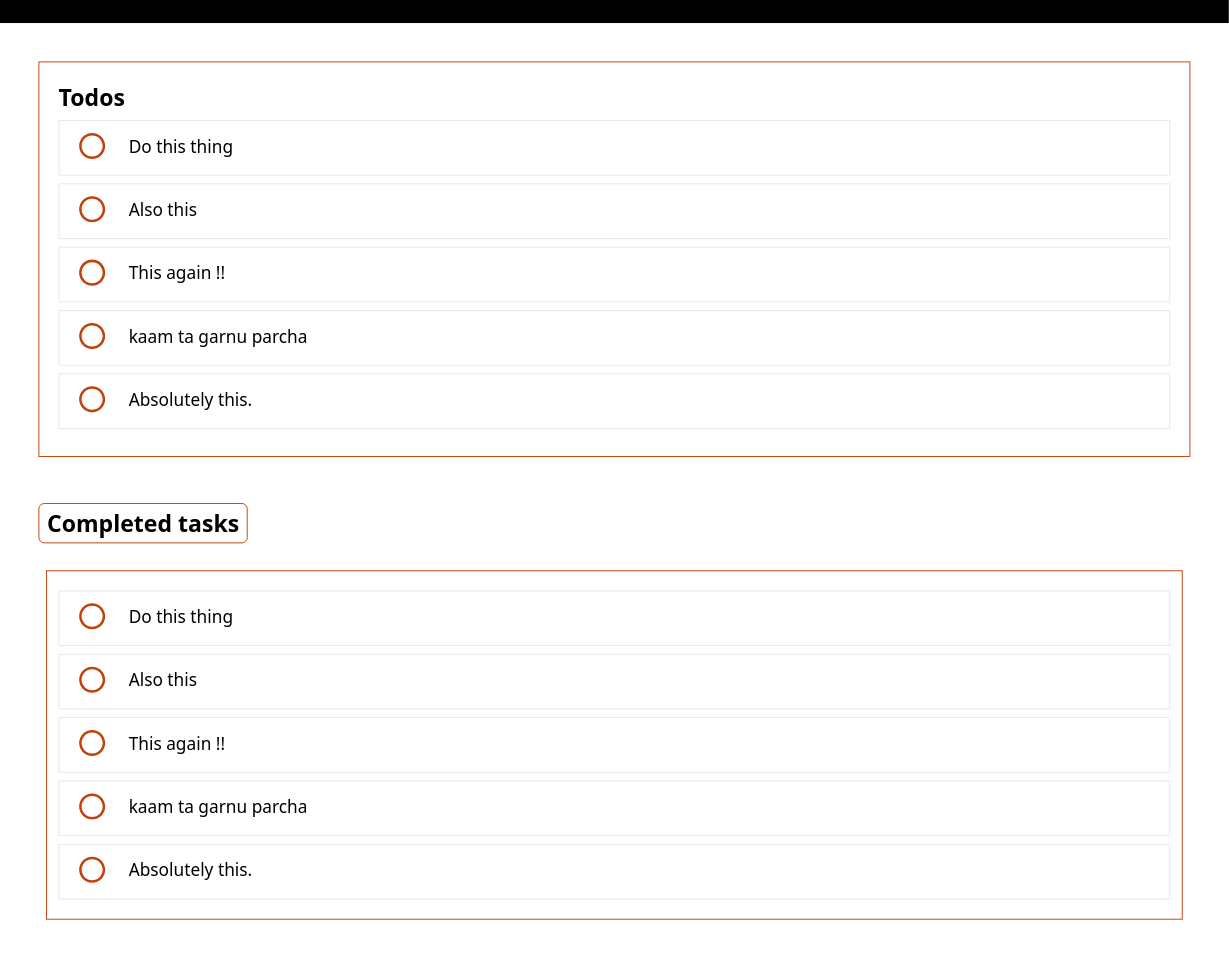
Repository: thekingisherenow/personalTodo
Page: /
The author's editor kept a copy of each file at every save. The page is drawn from the files as they stood at one save, then again after the next save.
The browser window is 1280 px wide. The pictures show the whole page, at 96% of full size.
The project was rebuilt for these pictures with package versions that can differ from the ones it lists, and the page was loaded fresh each time. The framework's server and built-in components were replaced by stand-ins that run in the browser. Also part of the build but not shown: next.config.js, styles/Home.module.css.

Above is the page before, as saved 2022-12-15 19:40:04.

After the next save:
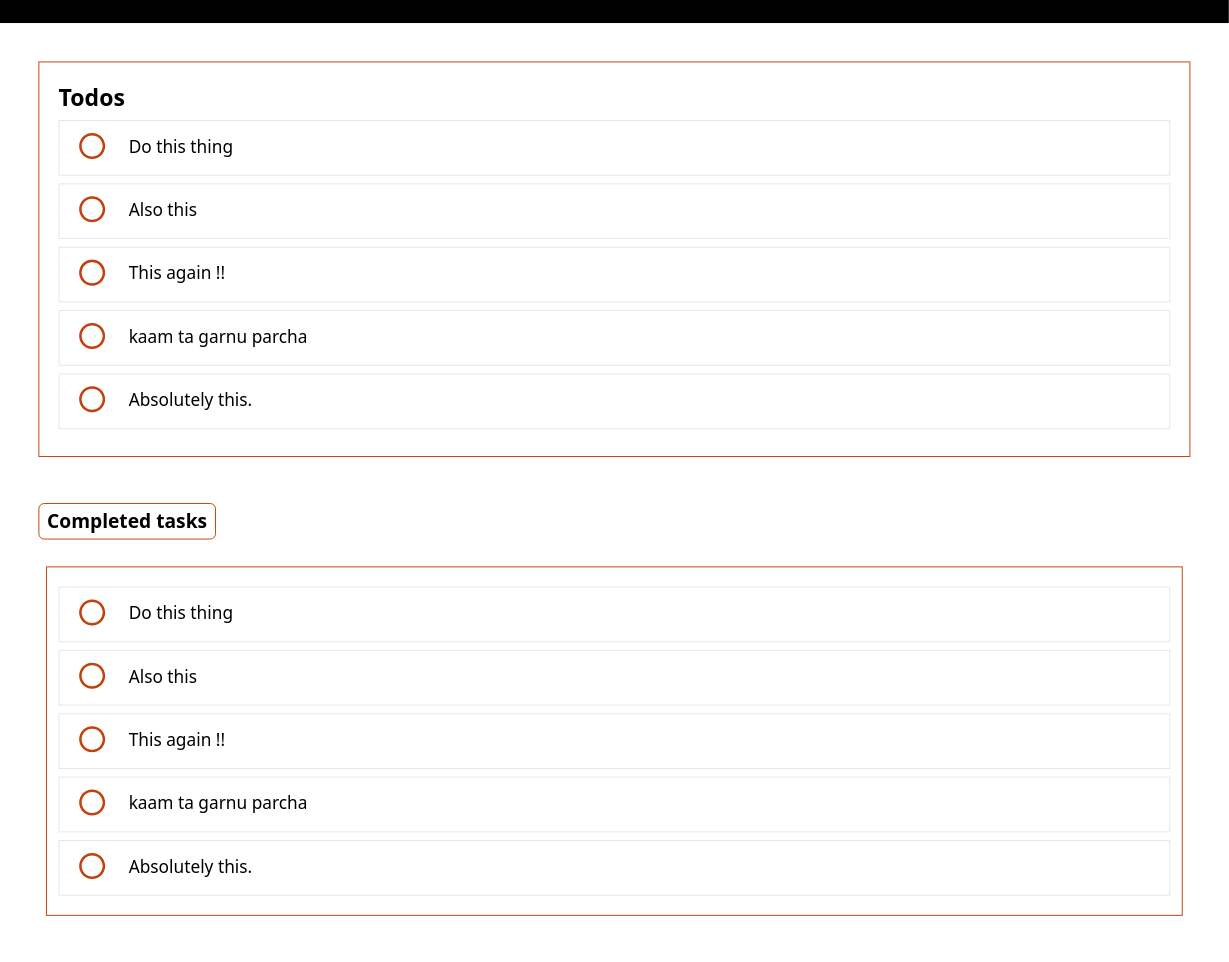
Saved 20 s later.
--- a/components/CompletedTodos.js
+++ b/components/CompletedTodos.js
@@ -6,7 +6,7 @@ function Completed() {
 
   return (
     <div className='p-2 m-3 '>
-      <button className='font-bold text-2xl ml-5 border border-orange-700 px-2 py-1 rounded-md'>Completed tasks</button>
+      <button className='font-bold text-xl ml-5 border border-orange-700 px-2 py-1 rounded-md'>Completed tasks</button>
 
       <div className='border p-3 m-7 border-orange-700'>
             {todolist.length? todolist.map((todo,index)=>{
